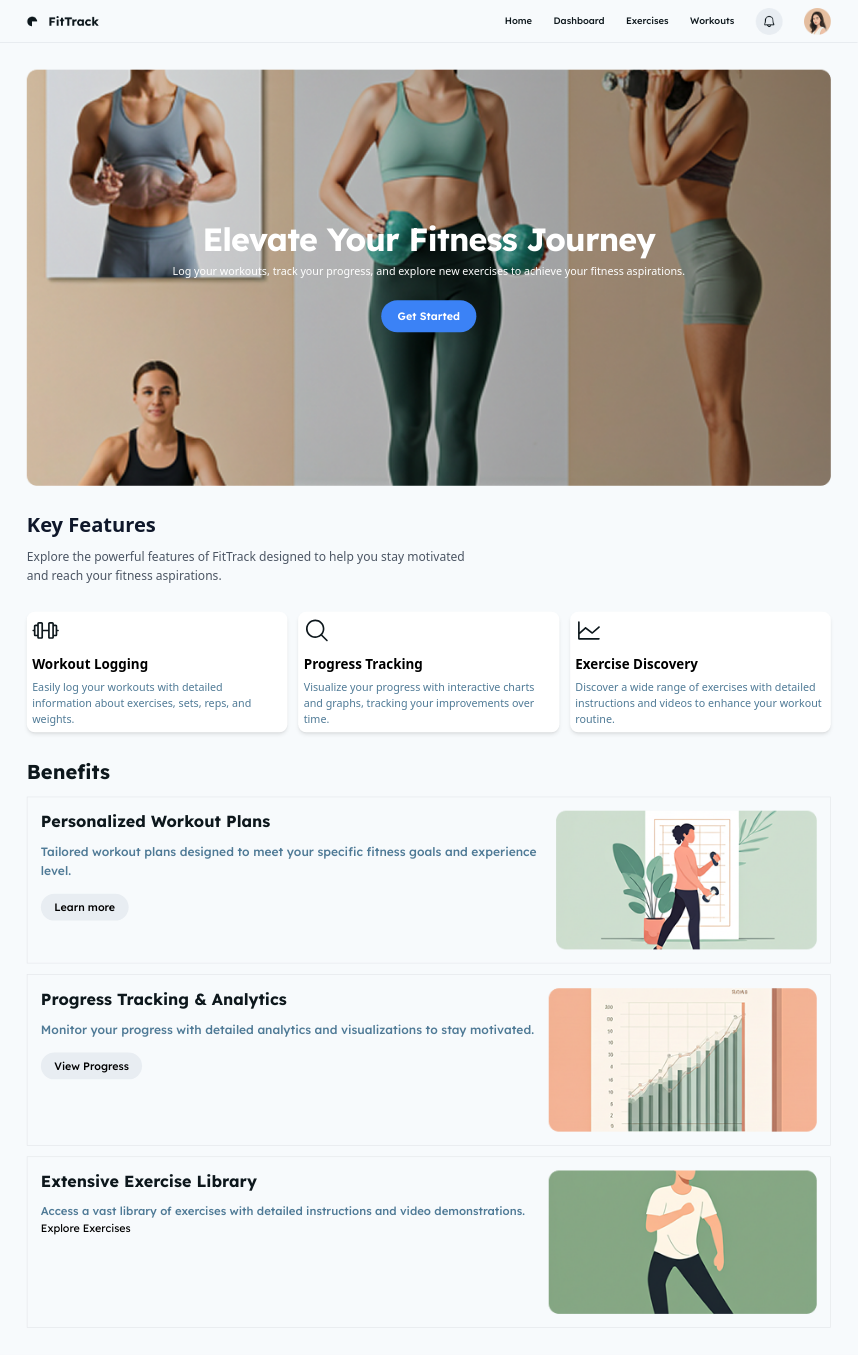
Repository: Emy-gold/fitness-tracking-platform
Page: /
An editor plug-in stored every save of this project. The page is shown before and after the next save, followed by the edit.
The browser window is 1280 px wide. The pictures show the whole page, at 67% of full size.
The project was rebuilt for these pictures with package versions that can differ from the ones it lists, and the page was loaded fresh each time. Also part of the build but not shown: vite.config.js, src/Pages/Dashboard.jsx, src/Pages/Exercises.jsx, src/Pages/Workouts.jsx, src/components/Footer.jsx.

Above is the page before, as saved 2025-08-28 00:24:15.

After the next save:
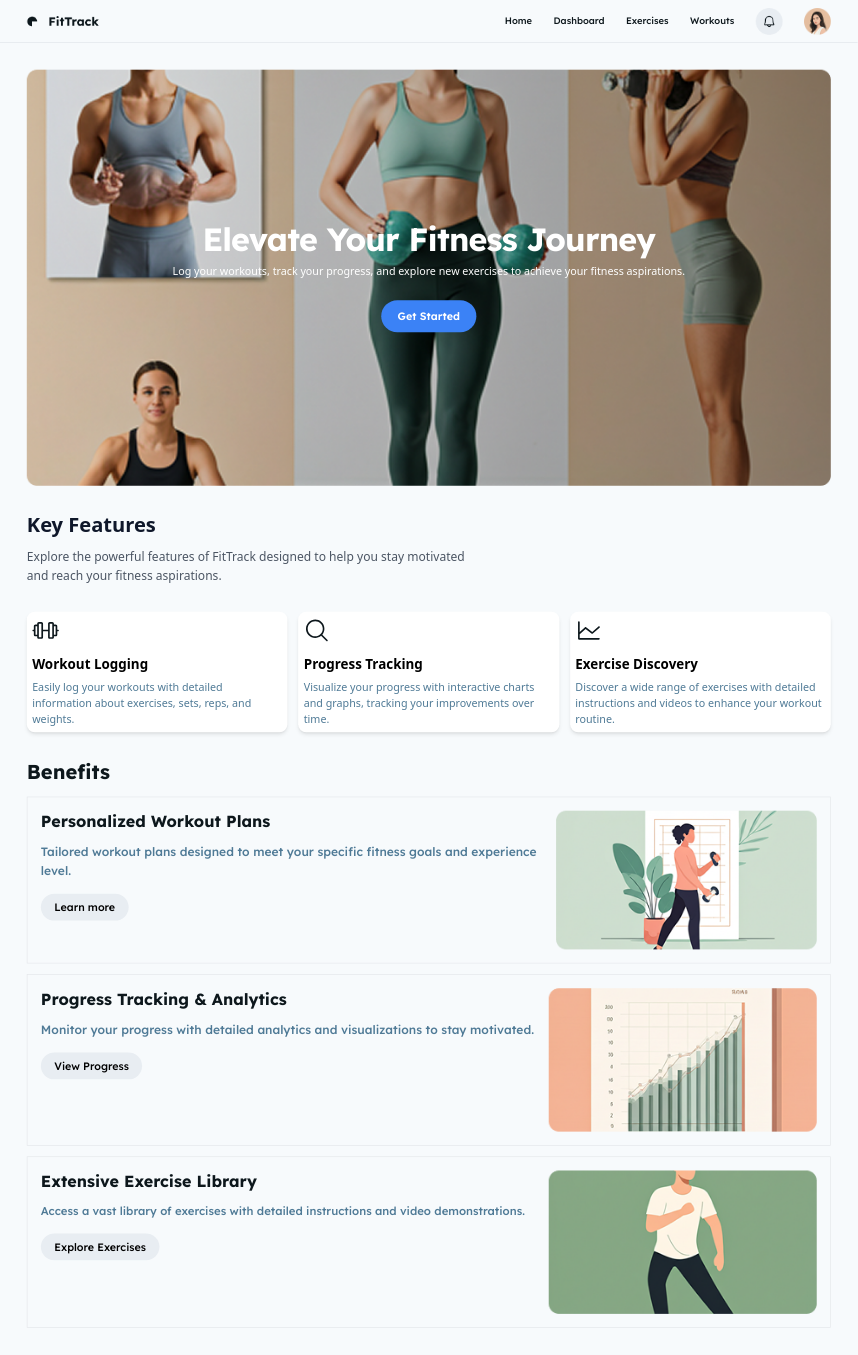
Saved 7 s later.
--- a/src/Pages/Home.jsx
+++ b/src/Pages/Home.jsx
@@ -65,7 +65,7 @@ function Home() {
                             <div className='flex flex-col items-start text-left'>
                                 <h3 className='text-2xl font-bold mb-4 text-textColor'>Extensive Exercise Library</h3>
                                 <p className='text-[17px] text-paragraphColor font-medium'>Access a vast library of exercises with detailed instructions and video demonstrations.</p>
-                                <button>Explore Exercises</button>
+                                <button className='bg-buttonColor px-5 py-2 rounded-3xl mt-5 font-medium hover:bg-gray-300 hover:scale-105 duration-300'>Explore Exercises</button>
                             </div>
                             <img src={img3} className='lg:w-[400px]' />
                         </div>
